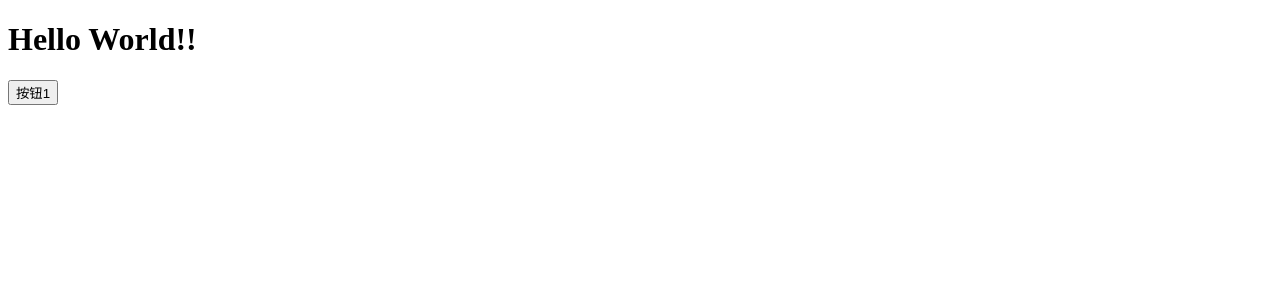
Repository: iceAcmen/iceAcmen.github.io
Page: index.html
The author's editor kept a copy of each file at every save. The page is drawn from the files as they stood at one save, then again after the next save.
The browser window is 1280 px wide. The pictures show the whole page.

Above is the page before, as saved 2020-02-01 23:29:16.
Console error: ReferenceError: Vue is not defined
Not found: vue.js

After the next save:
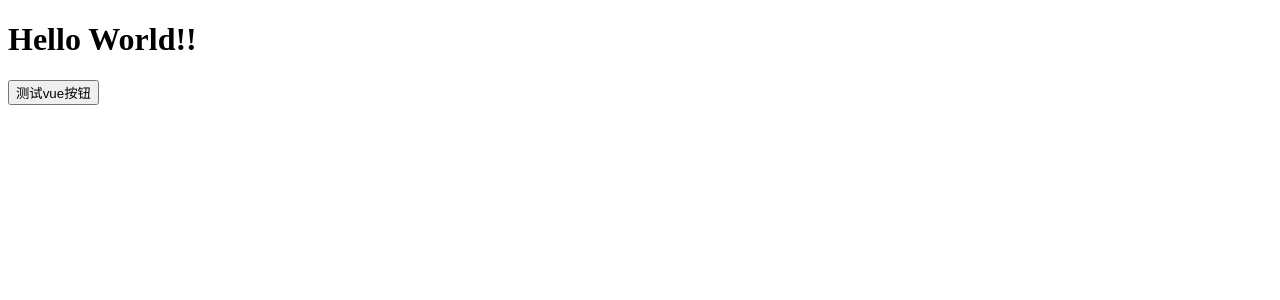
Saved 8 s later.
--- a/index.html
+++ b/index.html
@@ -10,7 +10,7 @@
   <body>
     <div id="app">
       <h1>Hello World!!</h1>
-      <input type="button" value="按钮1" @click="aaa()"/>
+      <input type="button" value="测试vue按钮" @click="aaa()"/>
     </div>
 
     <script>
